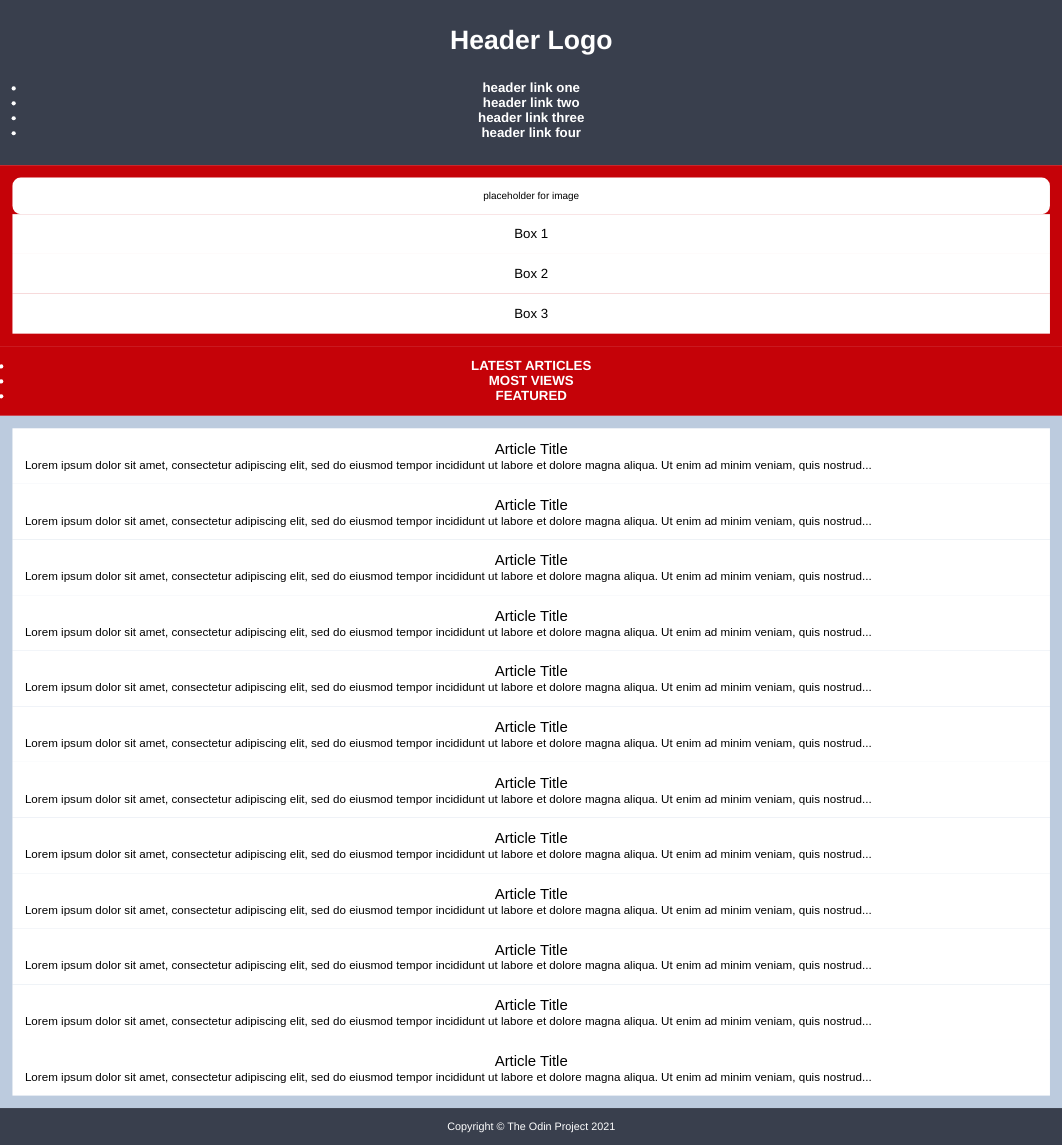
Repository: gkintu/css-exercises
Page: intermediate-html-css/advanced-grid/02-holy-grail-mockup/index.html
An editor plug-in stored every save of this project. The page is shown before and after the next save, followed by the edit.
The browser window is 1280 px wide. The pictures show the whole page, at 83% of full size.

Above is the page before, as saved 2025-03-04 07:03:27.

After the next save:
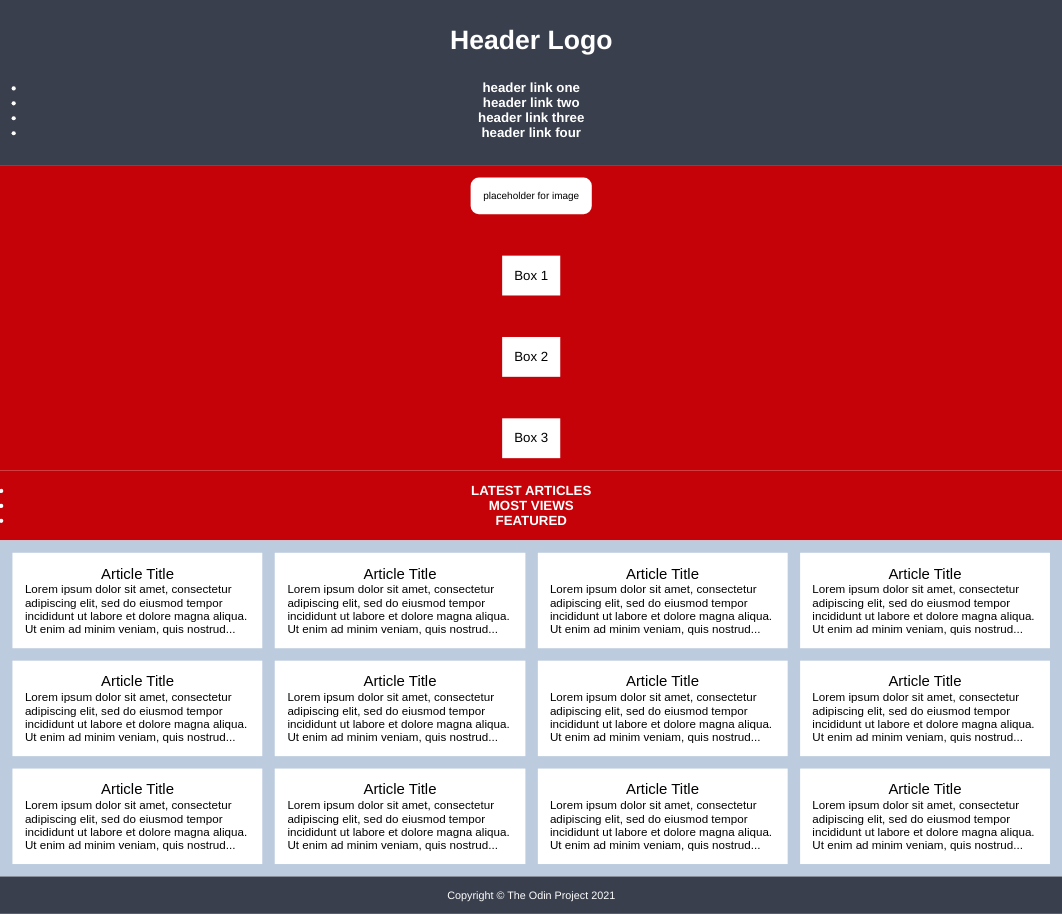
Saved 91 min 19 s later.
--- a/intermediate-html-css/advanced-grid/02-holy-grail-mockup/style.css
+++ b/intermediate-html-css/advanced-grid/02-holy-grail-mockup/style.css
@@ -5,6 +5,10 @@
 
 .container {
   text-align: center;
+  grid-template-columns: 1fr 4fr;
+  gap: 4px;
+
+
 }
 
 .container div {
@@ -17,6 +21,17 @@
 
 .header {
   background-color: #393f4d;
+  grid-template-columns: 1fr 4fr;
+}
+
+.menu ul {
+  display: grid;
+
+}
+
+.nav ul {
+  display: grid;
+
 }
 
 .menu ul,
@@ -26,6 +41,10 @@
 
 .sidebar {
   background-color: #C50208;
+  display:grid;
+  gap: 50px;
+  justify-items: center;
+  align-items: center;
 }
 
 .sidebar .photo {
@@ -55,6 +74,9 @@
 
 .article {
   background-color: #bccbde;
+  display:grid;
+  grid-template-columns: repeat(auto-fit, minmax(250px, 1fr));
+  gap: 15px;
 }
 
 .article p {
